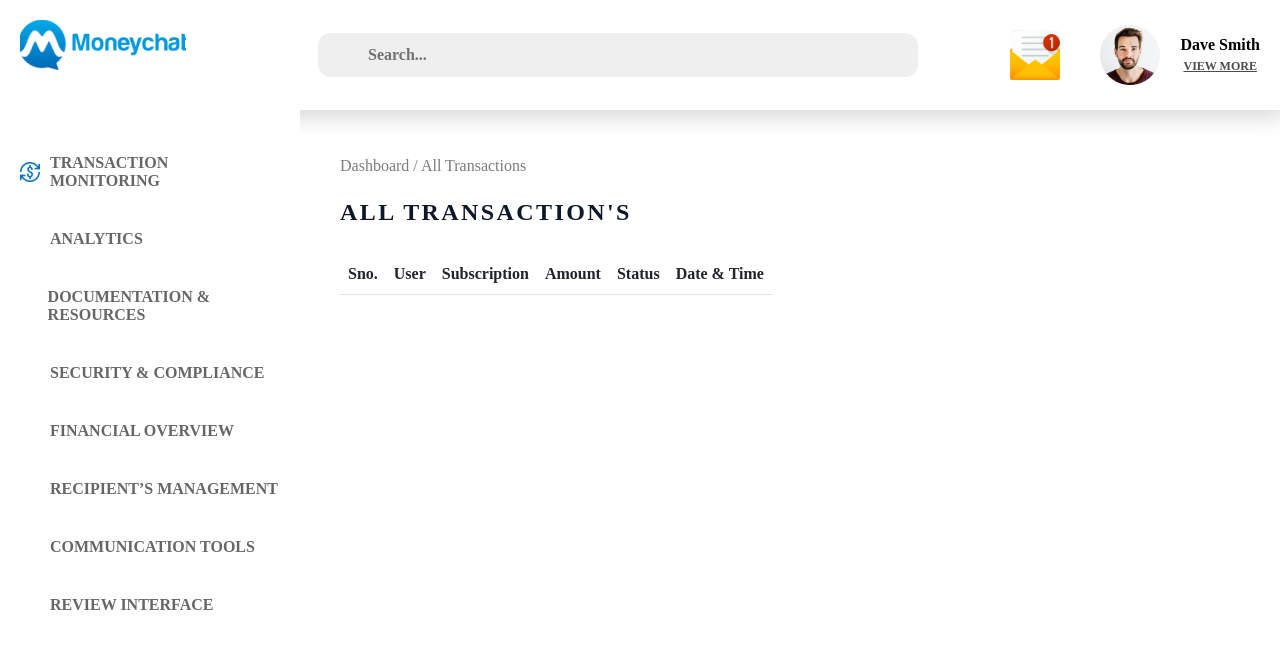
Repository: FlyweisReact/Money-Chat
Page: /transaction
These files come from the project's save history. The page is drawn as it stood at one moment and after a run of saves; the edit follows.
The browser window is 1280 px wide. The pictures show the whole page.
The project was rebuilt for these pictures with package versions that can differ from the ones it lists, and the page was loaded fresh each time. Also part of the build but not shown: src/forms/ForgetPassword.js, src/forms/Login.jsx, src/forms/NeedHelp.js, src/forms/Regestration.js, src/forms/Verify.js. Imported but missing from the stored project, and not drawn on this page: src/pages/Component/SpinnerComp.

Above is the page before, as saved 2023-11-30 15:10:05.

After the next 2 saves:
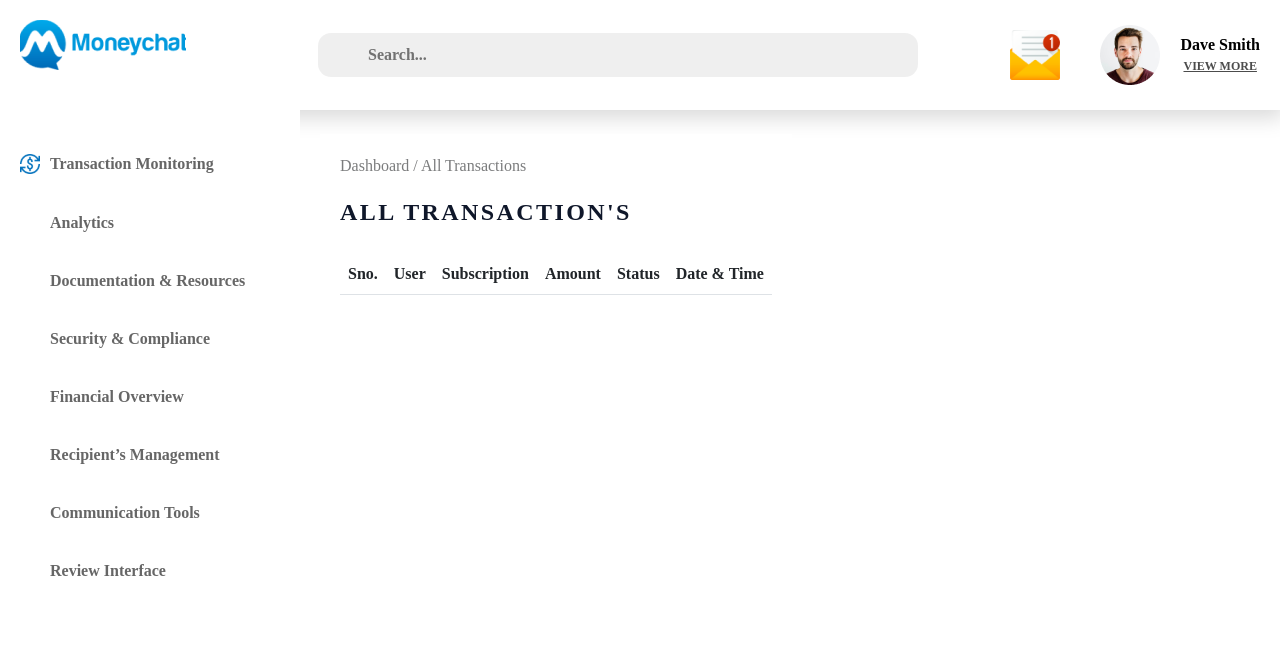
The 2 saves are shown as one change because they came seconds apart.
The last was saved 8 s later.
--- a/src/layout/Sidebar.jsx
+++ b/src/layout/Sidebar.jsx
@@ -67,12 +67,7 @@ const Sidebar = () => {
           <ul>
             {nav.map((nav) => {
               return (
-                <Link
-                  to={nav.link}
-                  key={nav.name}
-                  className="Links "
-                  style={{ textDecoration: "none", textTransform: "uppercase" }}
-                >
+                <Link to={nav.link} key={nav.name} className="Links ">
                   <li>
                     <img src={ImgFinder(nav)} alt="" />
                     <span className="link"> {nav.name}</span>
